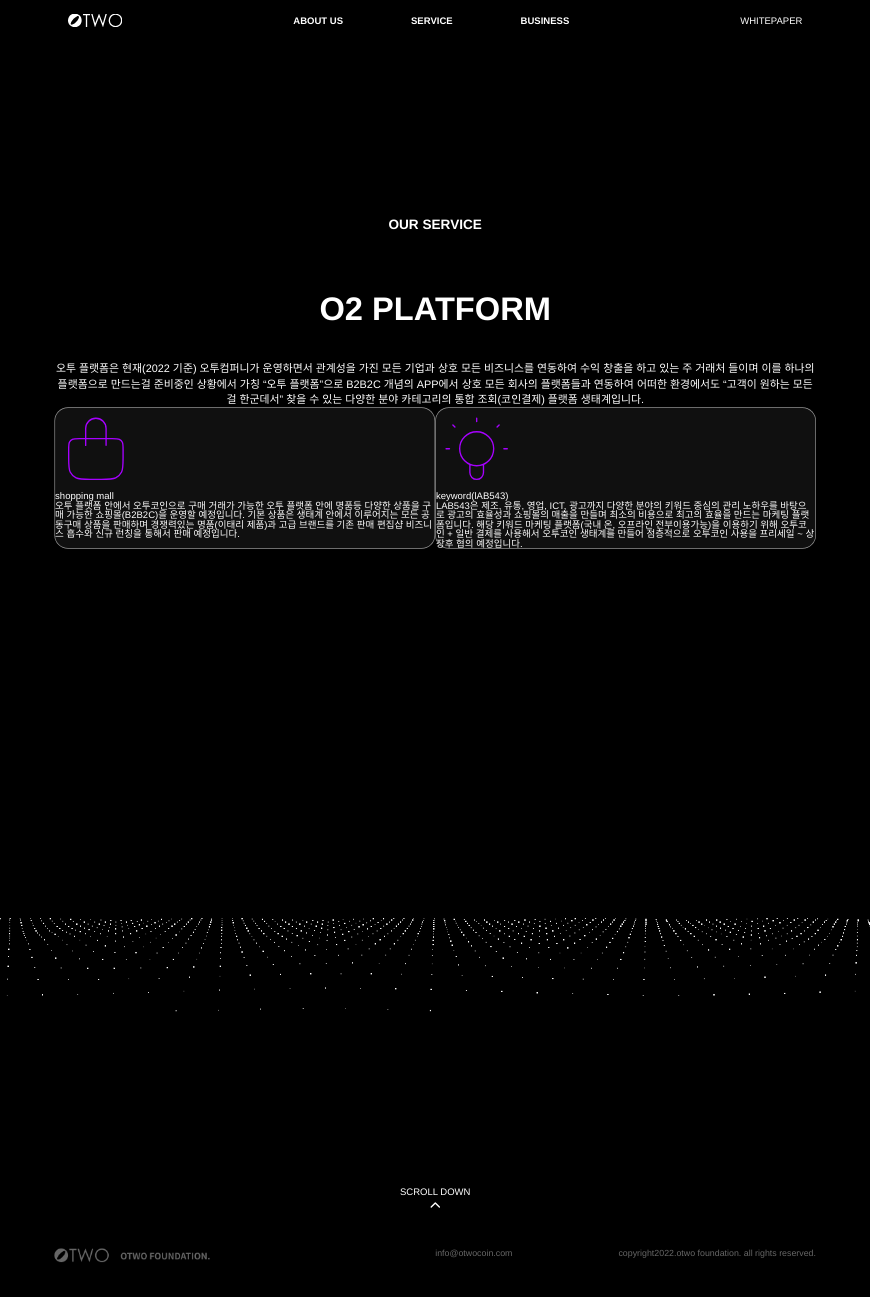
Repository: songhun115/Otwo
Page: service.html
The author's editor kept a copy of each file at every save. The page is drawn from the files as they stood at one save, then again after the next save.
The browser window is 1280 px wide. The pictures show the whole page, at 68% of full size.

Above is the page before, as saved 2022-11-18 11:35:35.
Not found: js/three.js

### service.html
<!DOCTYPE html>
<html lang="en">

<head>
    <meta charset="UTF-8">
    <meta http-equiv="X-UA-Compatible" content="IE=edge">
    <meta name="viewport" content="width=device-width, initial-scale=1.0">
    <link rel="stylesheet" href="css/reset.css">
    <link rel="stylesheet" href="css/content.css">
    <link rel="preconnect" href="https://fonts.googleapis.com">
    <link rel="preconnect" href="https://fonts.gstatic.com" crossorigin>
    <link href="https://fonts.googleapis.com/css2?family=Noto+Sans+KR:wght@300;400;500;700;900&display=swap"
        rel="stylesheet">
    <link rel="stylesheet" href="https://cdn.jsdelivr.net/npm/swiper/swiper-bundle.min.css" />
    <script src="https://cdnjs.cloudflare.com/ajax/libs/jquery/3.6.1/jquery.min.js"
        integrity="sha512-aVKKRRi/Q/YV+4mjoKBsE4x3H+BkegoM/em46NNlCqNTmUYADjBbeNefNxYV7giUp0VxICtqdrbqU7iVaeZNXA=="
        crossorigin="anonymous" referrerpolicy="no-referrer"></script>
    <script src="js/index.js"></script>
    <script src="js/three.js"></script>
    <script src="js/three.min.js"></script>
    <title>about</title>
</head>

<body>
    <div class="contaeiner">
        <header class="header">
            <nav class="nav-bar">
                <div class="logo">
                    <img src="img/logo-white.svg" alt="">
                </div>
                <ul class="nav-list">
                    <li class="nav-item">ABOUT US</li>
                    <li class="nav-item">SERVICE</li>
                    <li class="nav-item">BUSINESS</li>
                </ul>
                <div class="white-paper">
                    WHITEPAPER
                </div>
            </nav>
        </header>
        <section class="section overview">
            <h3>OUR SERVICE</h3>
            <h1>O2 PLATFORM</h1>
            <p>오투 플랫폼은 현재(2022 기준) 오투컴퍼니가 운영하면서 관계성을 가진 모든 기업과 상호 모든 비즈니스를 연동하여 수익 창출을 하고 있는
                주 거래처 들이며 이를 하나의 플랫폼으로 만드는걸 준비중인 상황에서 가칭 “오투 플랫폼”으로 B2B2C 개념의 APP에서 상호 모든 회사의 플랫폼들과 연동하여 어떠한 환경에서도 “고객이 원하는 모든걸 한군데서” 찾을 수 있는 다양한 분야 카테고리의 통합 조회(코인결제) 플랫폼 생태계입니다.</p>

        </section>
     <section class="service-platform-list">
        <ul class="platform-list">
            <li class="platform-item">
                <div class="platform-img">
                    <img src="img/shoping.svg" alt="">
                </div>
                <div class="platform-category">shopping mall</div>
                <div class="platform-con">오투 플랫폼 안에서 오투코인으로 구매 거래가 가능한 오투 플랫폼 안에 명품등 다양한 상품을 구매 가능한 쇼핑몰(B2B2C)을 운영할 예정입니다.
                    기본 상품은 생태계 안에서 이루어지는 모든 공동구매 상품을 판매하며 경쟁력있는 명품(이태리 제품)과 고급 브랜드를 기존 판매 편집샵 비즈니스 흡수와 신규 런칭을 통해서 판매 예정입니다. </div>
            </li>
            <li class="platform-item">
                <div class="platform-img">
                    <img src="img/keywrod.svg" alt="">
                </div>
                <div class="platform-category">keyword(lAB543)</div>
                <div class="platform-con">LAB543은 제조, 유통, 영업, ICT, 광고까지 다양한 분야의 키워드 중심의 관리 노하우를 바탕으로 광고의 효율성과 쇼핑몰의 매출을 만들며 최소의 비용으로 최고의 효율을 만드는 마케팅 플랫폼입니다.
                    해당 키워드 마케팅 플랫폼(국내 온, 오프라인 전부이용가능)을 이용하기 위해 오투코인 + 일반 결제를 사용해서 오투코인 생태계를 만들어 점층적으로 오투코인 사용을 프리세일 ~ 상장후 협의 예정입니다. </div>
            </li>
        </ul>
     </section>

    </div>


    <div class="contaeiner-two">


        </div>
        <div id="canvas">
            <div class="scroll-up ">
                <p>SCROLL DOWN</p>
                <img src="img/chevron-up.svg" alt="">
            </div>

        </div>
        <script>
            window.addEventListener("DOMContentLoaded", () => {
            const w = window.innerWidth;
            const h = window.innerHeight / 2;
            const dpr = window.devicePixelRatio;

            const fov = 60;
            const fovRad = (fov / 2) * (Math.PI / 180);
            const dist = h / 2 / Math.tan(fovRad);

            const clock = new THREE.Clock();
            const particles = 5000;
            const pointSize = 2.5;

            const renderer = new THREE.WebGLRenderer();
            renderer.setSize(w, h);
            renderer.setClearColor(new THREE.Color(0x000000), 1.0);
            renderer.setPixelRatio(dpr);

            const container = document.getElementById("canvas");
            container.appendChild(renderer.domElement);

            const camera = new THREE.PerspectiveCamera(fov, w / h, 1, dist * 2);
            camera.position.x = 0;
            camera.position.y = 0;
            camera.position.z = 10;

            const scene = new THREE.Scene();

            const geo = new THREE.BufferGeometry();
            let positions = [];
            let x, y, z;

            const width = 400 * (w / h);

            const depth = 400;
            const distance = 10;

            for (let x = 0; x < width; x += distance) {
              for (let z = 0; z < depth; z += distance) {
                positions.push(-width / 2 + x, -30, -depth / 2 + z);
              }
            }
            let positionAttribute = new THREE.Float32BufferAttribute(positions, 3);
            geo.addAttribute("position", positionAttribute);

            const mat = new THREE.ShaderMaterial({
              uniforms: {
                u_time: {
                  value: 0.0
                }
              },
              vertexShader: `
              #define M_PI 3.1415926535897932384626433832795

              precision mediump float;
              uniform float u_time;
              void main() {
                vec3 p = position;
                p.y += (
                  cos(p.x / M_PI * 8.0 + u_time * 2.0) +
                  sin(p.z / M_PI * 8.0 + u_time * 2.0)
                );
                gl_PointSize = 1.5;
                gl_Position = projectionMatrix * modelViewMatrix * vec4(p, 1.0);
              }
              `,
              fragmentShader: `
              precision mediump float;
              void main() {
                gl_FragColor = vec4(1.0, 1.0, 1.0, 1.0);
              }
              `
            });

            const mesh = new THREE.Points(geo, mat);
            scene.add(mesh);

            render();

            function render() {
              const time = clock.getElapsedTime();
              mesh.material.uniforms.u_time.value = time;
              renderer.render(scene, camera);
              requestAnimationFrame(render);
            }
          });
          </script>
          <footer class="footer">
            <div class="footer-left">
                <img src="img/footer-left.png" alt="">
            </div>
            <div class="footer-right">
                <p>info@otwocoin.com</p>
                <p>copyright2022.otwo foundation. all rights reserved.</p>
            </div>
        </footer>
</body>

</html>

### css/reset.css
html, body, div, span, applet, object, iframe,
h1, h2, h3, h4, h5, h6, p, blockquote, pre,
a, abbr, acronym, address, big, cite, code,
del, dfn, em, img, ins, kbd, q, s, samp,
small, strike, strong, sub, sup, tt, var,
b, u, i, center,
dl, dt, dd, ol, ul, li,
fieldset, form, label, legend,
table, caption, tbody, tfoot, thead, tr, th, td,
article, aside, canvas, details, embed,
figure, figcaption, footer, header, hgroup,
menu, nav, output, ruby, section, summary,
time, mark, audio, video {
	margin: 0;
	padding: 0;
	border: 0;
	font-size: 100%;
	font: inherit;
	vertical-align: baseline;

}
/* HTML5 display-role reset for older browsers */
article, aside, details, figcaption, figure,
footer, header, hgroup, menu, nav, section {
	display: block;
}
body {
	line-height: 1;
  overflow-x: hidden;
  overflow-y: scroll;
}
ol, ul {
	list-style: none;
}
blockquote, q {
	quotes: none;
}
blockquote:before, blockquote:after,
q:before, q:after {
	content: '';
	content: none;
}
table {
	border-collapse: collapse;
	border-spacing: 0;
}
a,span{display: inline-block;}
body{font-family: 'Noto Sans KR', sans-serif; color: #fff;}
section h1 {font-size: 48px; line-height: 70px; color:#fff; font-weight: 700;}
section p {line-height: 23px; font-weight: 400; font-size: 16px;}
h2{font-size: 32px; font-weight: 700; line-height: 46px;}


html,
body {
  position: relative;
  height: 100%;
}

body {
  background: #eee;
  font-family: Helvetica Neue, Helvetica, Arial, sans-serif;
  font-size: 14px;
  color: #000;
  margin: 0;
  padding: 0;
}

.swiper {
  width: 100%;
  height: 100%;
}

.swiper-slide {
  text-align: center;
  font-size: 18px;


  /* Center slide text vertically */
  display: -webkit-box;
  display: -ms-flexbox;
  display: -webkit-flex;
  display: flex;
  -webkit-box-pack: center;
  -ms-flex-pack: center;
  -webkit-justify-content: center;
  justify-content: center;
  -webkit-box-align: center;
  -ms-flex-align: center;
  -webkit-align-items: center;
  align-items: center;
}

.swiper-slide img {
  display: block;
  width: 100%;
  height: 100%;
  object-fit: cover;
}
.service-swiper{ overflow: inherit !important; max-width: 1120px !important;}

### css/content.css
.intro{height: 100vh;}
canvas{    position: absolute; left: 0; top: 0; z-index: -1;}
.contaeiner{max-width: 1120px; margin: 0 auto;}
.contaeiner-two{max-width: 1120px; margin: 0 auto;}
body{background-color: #000; color: #fff;}
/*! 헤더  */
.header{position: absolute; left: 50%; top: 0; transform: translateX(-50%); width: 100%; max-width: 1120px; margin: 0 auto;  z-index: 11;}
.nav-bar{display: flex; justify-content: space-between; align-items: center; padding: 20px;}
.nav-list{display: flex; align-items: center;}
.nav-item{padding:0 50px; font-weight: 700;font-size: 14px;line-height: 20px; cursor: pointer;}
/*!메인페이지   */
.intro{position: relative;}
.intro-box{display: flex; flex-direction: column; align-items: center; justify-content: center; text-align: center; width: 100%;height: 100%;}
.pur-button{border: 1px solid #A600FF;border-radius: 50px; display: flex;flex-direction: row;justify-content: center;align-items: center;gap: 10px; transition: 0.3s; width: 216px;height: 45px; cursor: pointer;}
.pur-button:hover{background-color: #A600FF; }
.pur-button:hover > button{color:#D9D9D9;}
.intro-box > p{padding: 40px 0 80px 0;}
.pur-button button{border: none;outline: none; color:#A600FF; background-color: transparent; font-weight: 700; font-size: 17px; line-height: 25px;}
.scroll-down{position: absolute; bottom: 50px; left: 50%; transform: translateX(-50%);}
.scroll-down > p {font-weight: 300; padding-bottom:7px; color: #fff; color: pu;}


/*! 메인 service */
.service{padding-top: 320px;}
.service-content{display: flex; justify-content: space-between; align-items: center;}
.service-left.service-right{width: 50%;}
.service-left > p,.business-box-left p{padding-top: 40px; font-size: 16px;}
.service-category-box{display: flex; flex-direction: column; justify-content: start; align-items: flex-start; text-align: left; padding-right: 40px; box-sizing: border-box;}
.service-category-box > h4 {font-size: 20px; line-height: 29px; font-weight: 400; margin:40px 0 20px 0;}
.service-category-box > p {font-size: 16px;}

.service-swiper{padding:120px 0 100px 0!important; box-sizing: border-box !important;}
.swiper-button-prev,
.swiper-button-next{top: 90% !important;  }
.swiper-button-prev{left:0 !important;}
.swiper-button-next{left: 64px !important;}
.swiper-button-next:after, .swiper-button-prev:after{content: "" !important;font-family: none !important;width: 20px !important;height: 20px !important;}
.swiper-button-next:after{background-image: url("../img/chevron-right.svg") !important;}
.swiper-button-prev:after{background-image: url("../img/chevron-left.svg") !important;}


  /*!메인 Business */
  .business{padding-top: 370px;}
  .business-box{display: flex; justify-content: space-between; align-items: center;}
  .business-box-left .pur-button{margin-top: 80px;}
  .business-box-left{width: 58%;}
  business-box-right{width: 42%;}
  .scroll-up{position: absolute;bottom: 0;left: 50%;transform: translateX(-50%);text-align: center;}
  #canvas{position: relative; height: 100%; max-height: 659px;}
  /* #canvas canvas{ height: 1000px !important;} */
  /* #canvas canvas{height: 1000px;} */
  /*! 푸터   */
  .footer{max-width: 1120px; margin: 0 auto; display: flex; justify-content: space-between; padding: 50px 0;}
  footer-left,
  .footer-right{width: 50%;}
  .footer-right{display: flex; justify-content: space-between; opacity: 0.4; font-size: 13px; line-height: 13px;}



  /*! 어바웃 */
  .canvas-one-wrap{position: relative; max-height: 659px; height: 100%;}
  .canvas-one{ top: 50%;left: 50%; transform: translate(-50%, -50%); margin-top: 100px; background-image: url(../img/logo-purple.png);background-repeat: no-repeat;background-position: center}
  .contaeiner-two{padding-top: 320px;}
  .overview{padding-top: 320px; text-align: center; }
  .overview > h3{font-weight: 700; font-size: 20px;}
  .our-values{text-align: center;}
  .our-values > h1{margin:80px 0 40px 0;}
  .overview > h1{margin:80px 0 40px 0}
  .our-values-list{display: flex; justify-content: space-between; padding-top: 120px;}
  .our-values-item{text-align: left;}
  .our-values-category {margin:20px 0 32px 0; font-size: 24px; font-weight: 600;}

  .advisor{padding-top: 480px;}
  .advisor > h2{margin: 80px 0 120px 0;}
  .member-info {padding:40px 40px 60px 40px; box-sizing: border-box;}
  .advisor-member-list{    display: grid;grid-template-columns: repeat(3,1fr);gap: 40px}
  .advisor-member-item{background: #252525; border-radius: 20px; }
  .member-name{font-size: 20px; font-weight: 700;}
  .member-info > div{display: flex; align-items: center; justify-content: space-between; margin-top: 5px;}
  .member-photo img{ width: 100%;}
  .more-button{    max-width: 216px;margin: 120px auto;}
  .advisor-member-item-more{display: none;}
  .advisor-member-item-more.show{display: block;}

  /*!서비스  */
  .platform-list{display: flex;}
  .platform-item{width: 50%; background: #101010;
    border: 0.5px solid rgba(235, 235, 235, 0.6);
    border-radius: 20px;}

### js/index.js
$(document).ready(function () {
    $('.more-button').click(function () {
        $('.advisor-member-item-more').addClass('show');
    });
});

### img/shoping.svg
<svg width="120" height="120" viewBox="0 0 120 120" fill="none" xmlns="http://www.w3.org/2000/svg">
<path d="M45 55V30C45 21.7157 51.7157 15 60 15C68.2843 15 75 21.7157 75 30V54.8363M52 105H68C79.2011 105 84.8016 105 89.0798 102.82C92.8431 100.903 95.9027 97.8431 97.8201 94.0798C100 89.8016 100 84.2011 100 73V61C100 55.3995 100 52.5992 98.9101 50.4601C97.9513 48.5785 96.4215 47.0487 94.5399 46.0899C92.4008 45 89.6005 45 84 45H36C30.3995 45 27.5992 45 25.4601 46.0899C23.5785 47.0487 22.0487 48.5785 21.0899 50.4601C20 52.5992 20 55.3995 20 61V73C20 84.201 20 89.8016 22.1799 94.0798C24.0973 97.8431 27.1569 100.903 30.9202 102.82C35.1984 105 40.7989 105 52 105Z" stroke="#A600FF" stroke-width="2" stroke-linecap="round" stroke-linejoin="round"/>
</svg>

Loaded but not shown: js/three.min.js (library)

After the next save:
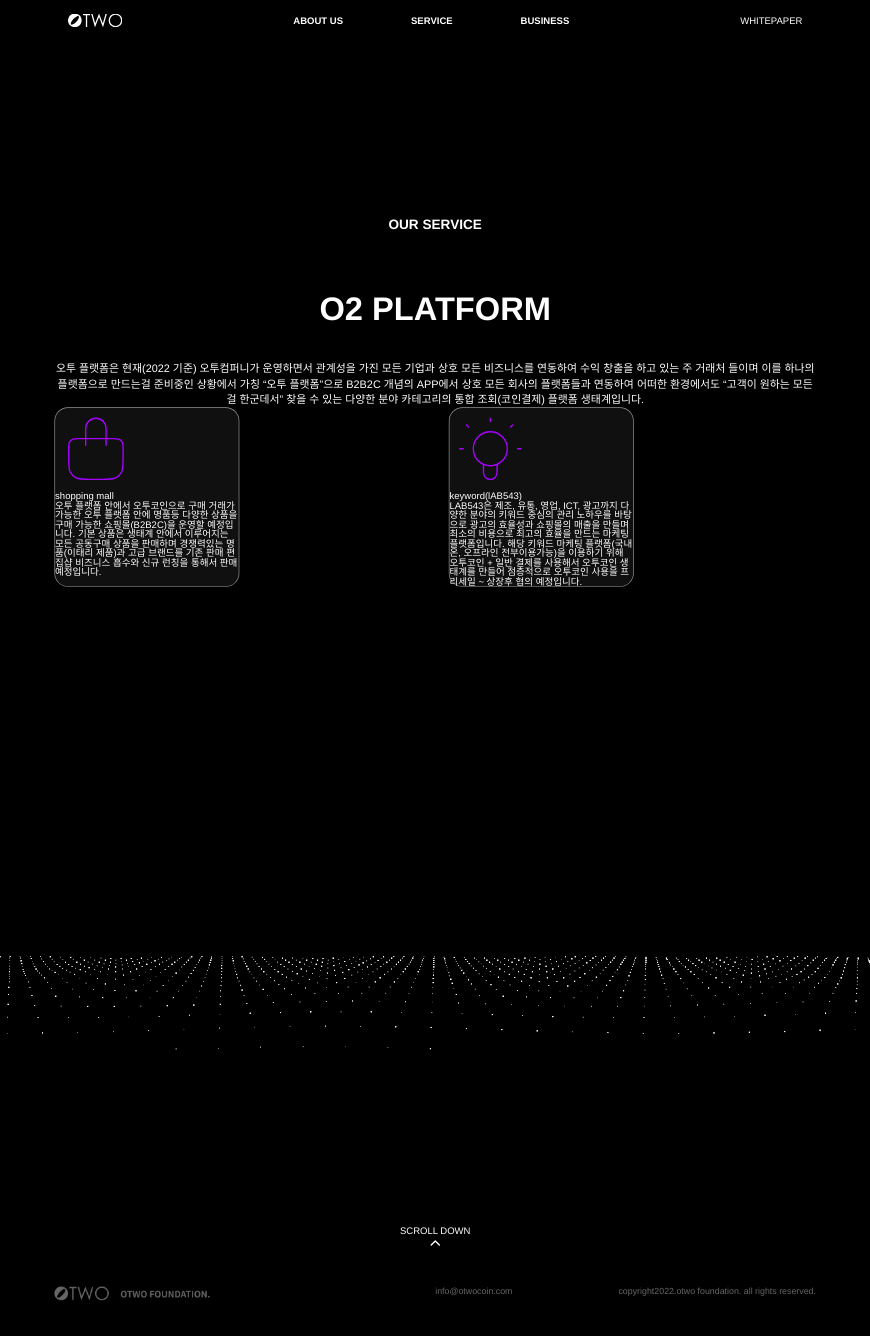
Saved 20 s later.
--- a/css/content.css
+++ b/css/content.css
@@ -83,7 +83,7 @@
   .advisor-member-item-more.show{display: block;}
 
   /*!서비스  */
-  .platform-list{display: flex;}
+  .platform-list{ display: grid;grid-template-columns: repeat(2,1fr);gap: 40px}
   .platform-item{width: 50%; background: #101010;
     border: 0.5px solid rgba(235, 235, 235, 0.6);
     border-radius: 20px;}
